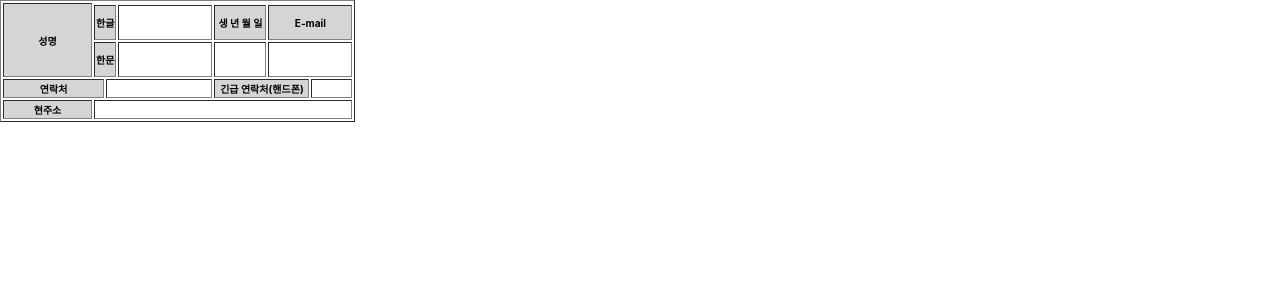
Repository: jiyeonyun/Resume
Page: / (app in resumes/)
An editor plug-in stored every save of this project. The page is shown before and after the next save, followed by the edit.
The browser window is 1280 px wide. The pictures show the whole page.
The project was rebuilt for these pictures with package versions that can differ from the ones it lists, and the page was loaded fresh each time. Also part of the build but not shown: resumes/src/data/edudata.js, resumes/src/components/educationalHIstory/educational.jsx, resumes/src/components/footer/footer.jsx.

Above is the page before, as saved 2022-05-25 15:28:13.

### resumes/src/App.jsx
import { useState } from "react";
import styles from "./App.module.css";
import Educational from "./components/educationalHIstory/educational";
import Footer from "./components/footer/footer";
import PersonalInfo from "./components/personalInfo/personalInfo";
function App() {
  const [personalInfoData, setPersonalInfoData] = useState({
    name: "홍길동",
    birth: "1998-03-18",
    adress: "서울특별시 영등포구",
    email: "jyyun@zentropy.com",
    number: "010-2055-7663",
  });
  return (
    <div className="App">
      <PersonalInfo />
    </div>
  );
}

export default App;

### resumes/src/App.module.css
* {
  font-size: 10px;
}

### resumes/src/components/personalInfo/personalInfo.jsx
import React from "react";

const PersonalInfo = ({ personalInfoData }) => {
  return (
    <table border="1">
      <tr>
        <th rowSpan="3" width="85" height="70" bgcolor="D5D5D5">
          성명
        </th>
      </tr>
      <tr>
        <th colSpan="2" bgcolor="D5D5D5">
          한글
        </th>
        <td width="90"></td>
        <th bgcolor="D5D5D5">생 년 월 일</th>
        <th colSpan="2" width="80" bgcolor="D5D5D5">
          E-mail
        </th>
      </tr>

      <tr>
        <th colSpan="2" bgcolor="D5D5D5">
          한문
        </th>
        <td></td>
        <td></td>
        <td colSpan="2"></td>
      </tr>
      <tr>
        <th colSpan="2" width="50" bgcolor="D5D5D5">
          연락처
        </th>
        <td colSpan="2"></td>
        <th colSpan="2" width="50" bgcolor="D5D5D5">
          긴급 연락처(핸드폰)
        </th>
        <td colSpan="2"></td>
      </tr>
      <tr>
        <th bgcolor="D5D5D5">현주소</th>
        <td colSpan="8"></td>
      </tr>
    </table>
  );
};

export default PersonalInfo;

Loaded but not shown: resumes/public/index.html (common file); resumes/src/index.js (common file); resumes/src/index.css (common file); resumes/src/reportWebVitals.js (common file)

After the next save:
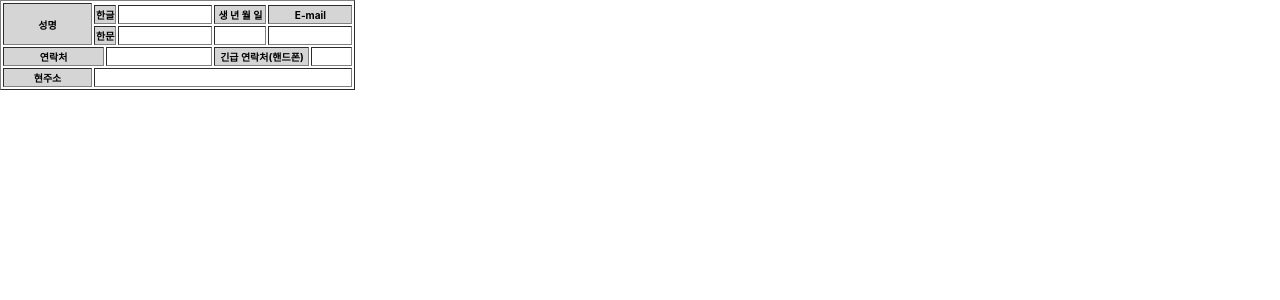
Saved 32 s later.
--- a/resumes/src/components/personalInfo/personalInfo.jsx
+++ b/resumes/src/components/personalInfo/personalInfo.jsx
@@ -4,7 +4,7 @@ const PersonalInfo = ({ personalInfoData }) => {
   return (
     <table border="1">
       <tr>
-        <th rowSpan="3" width="85" height="70" bgcolor="D5D5D5">
+        <th rowSpan="3" width="85" height="30" bgcolor="D5D5D5">
           성명
         </th>
       </tr>
